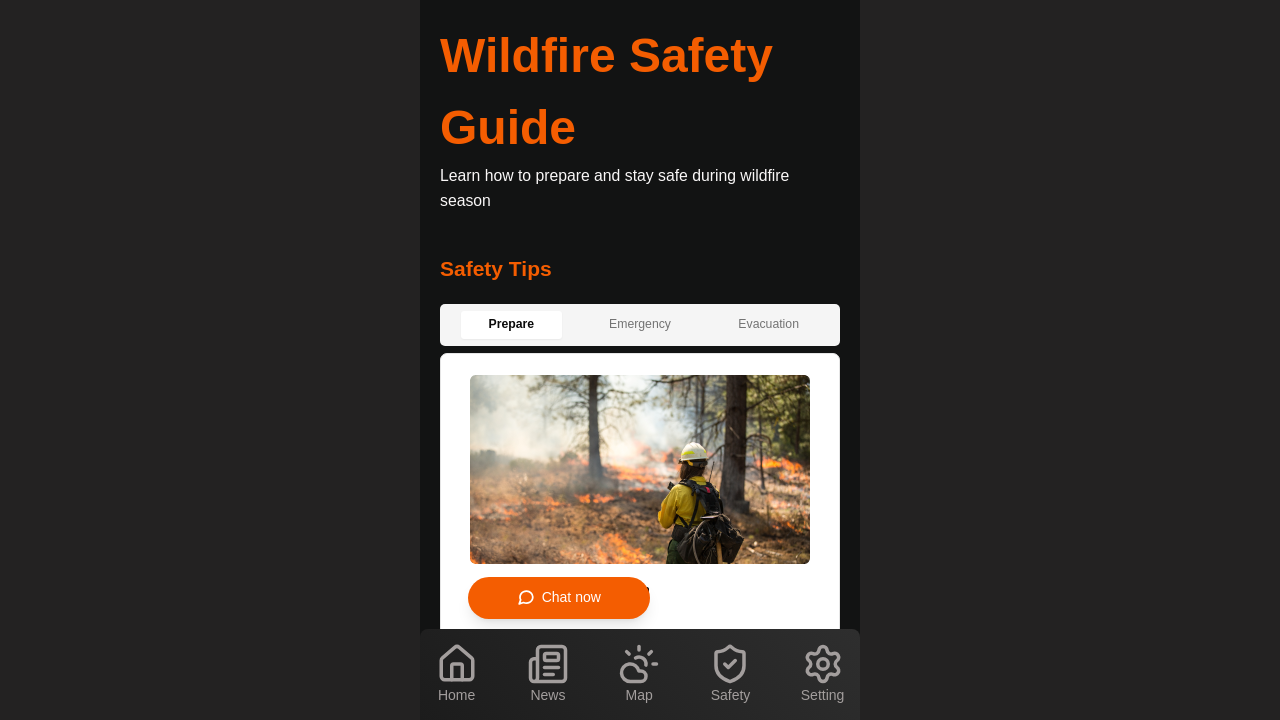
Repository: BCITKevin/Flare_IDSP
Page: /safety
The author's editor kept a copy of each file at every save. The page is drawn from the files as they stood at one save, then again after the next save.
The browser window is 1280 px wide. The pictures show the whole page.
An inner scrolling area shows only its first screen. Some web fonts or font styles are not loaded; a fallback is used. The project was rebuilt for these pictures with package versions that can differ from the ones it lists, and the page was loaded fresh each time. The framework's server and built-in components were replaced by stand-ins that run in the browser. Also part of the build but not shown: next.config.js, next.config.mjs.

Above is the page before, as saved 2024-11-30 07:07:51.

### src/app/layout.tsx
import type { Metadata } from "next";
import Script from 'next/script';
import "./globals.css";
import { BrowserRouter } from "react-router-dom";

export const metadata: Metadata = {
  title: "Flare",
  description: "Flare is disaster response platform.",
  manifest: "/manifest.json",
};

export default function RootLayout({
  children,
}: Readonly<{
  children: React.ReactNode;
}>) {
  return (
    <html lang="en">
        <head>
          <link rel="manifest" href="/manifest.json" />
          <link rel="icon" href="/favicon.ico" />
          <link rel="apple-touch-icon" href="/images/logo-192x192.png" />
          <link
            rel="stylesheet"
            href="https://cdnjs.cloudflare.com/ajax/libs/leaflet/1.9.4/leaflet.min.css"
            crossOrigin=""
          />
        </head>
        <body
          className={`antialiased`}
        >
          {children}
          <Script
            src="https://cdnjs.cloudflare.com/ajax/libs/leaflet/1.9.4/leaflet.min.js"
            strategy="beforeInteractive"
            crossOrigin=""
          />
        </body>
    </html>
  );
}

### src/app/safety/page.tsx
'use client';

import { Tabs, TabsContent, TabsList, TabsTrigger } from "@/components/ui/tabs";
import {
    Card,
    CardContent,
    // CardDescription,
    // CardFooter,
    CardHeader,
    // CardTitle,
} from "@/components/ui/card"
import styles from "./safety.module.css"
import { Backpack, Map, Flag } from "lucide-react";
import prepareHero from "../public/images/prepareHero.png"
import evacHero from "../public/images/EvacHero.png"
import emergencyHero from "../public/images/EmergencyHero.png"
import BottomNavBar from "@/components/BottomNavBar/BottomNavBar";
import React from "react";

import { useState } from "react";
import Image from "next/image";

type Message = {
    text: string;
    sender: string;
};

// Card can be reformatted into a reusable component

export default function Safety() {
    const [showChat, setShowChat] = useState(false);
    const [activeTab, setActiveTab] = useState('Prepare');
    const [prevMsg, setMsg] = useState<Message[]>([
        { text: "Hello! Is there anything about wildfires I could help you with today?", sender: 'bot' },
    ]);


    async function handleSubmit(e: React.FormEvent<HTMLFormElement>) {
        e.preventDefault()

        try {
            const message = (document.querySelector('#message') as HTMLInputElement)?.value;
            (document.querySelector('#message') as HTMLInputElement).value = '';

            console.log(message);
            setMsg((prevMsg) => [...prevMsg, { text: message, sender: 'user' }]);

            const res = await fetch('/api/safety', {
                method: 'POST',
                headers: {
                    'Content-Type': 'application/json',
                },
                body: JSON.stringify({ message }),
            });

            if (!res.ok) {
                console.error();
                throw new Error('OOPS, SOMETHIN WRONG WITH BOT');
            }
            const data = await res.json();

            const botResponse = data.chat.content || "Sorry, I can't process your request. Please try again";

            setMsg((prevMsg) => [...prevMsg, { text: botResponse, sender: 'bot' }]);

            console.log('from gpt: ', botResponse);
        }
        catch (err) {
            console.error(err);
        }
    }

    const prepareText = `
    <strong>Stay informed:</strong> It’s crucial to stay updated on emergency alerts and evacuation orders issued by local authorities. Regularly check with Flare and turn on notifications and stay updated with the news. These alerts provide critical information about wildfire locations, safe zones, and road closures.
    <br><br>
    <strong>Assemble an emergency kit:</strong> Include:
    <ul>
        <li>- First aid supplies, such as bandages, antiseptics, and pain relievers.</li>
        <li>- Enough non-perishable food and water to sustain your household for at least 3 days.</li>
        <li>- Flashlights with spare batteries, a multi-tool, a whistle for signaling, and a fire extinguisher.</li>
        <li>- Personal hygiene items, blankets, and clothing suitable for various weather conditions.</li>
    </ul>
    <br>
    <strong>Follow evacuation routes:</strong> Use the safest, predefined routes recommended by local authorities. Avoid unfamiliar roads that could be blocked or unsafe. Always have a physical map in case of GPS or mobile network failure.
    <br><br>
    <strong>Leave as early as possible:</strong> Don’t wait until the last moment to evacuate. Early action reduces risks and allows emergency responders to focus on critical areas. Traffic congestion and panic during last-minute evacuations can pose additional dangers.
    <br><br>
    <strong>Assist neighbors if possible:</strong> Check on those in your community who may need help, especially the elderly, people with disabilities, or families without transportation. Offer support by carpooling or sharing resources.
    <br><br>
    <strong>Keep your vehicle ready:</strong> Ensure your vehicle is in good condition with a full gas tank. Keep the keys easily accessible, park the car facing outward for a quick exit, and load essential items in advance to save time during an emergency.
    <br><br>
    <strong>Practice your evacuation plan:</strong> Conduct regular drills with your household to ensure everyone knows their roles and responsibilities. Familiarity with the process can reduce stress and confusion during an actual emergency.
    <br><br>
    <strong>Create a defensible space around your home:</strong> Clear dry leaves, branches, and other flammable materials at least 30 feet from your home. Trim tree branches to a height of at least 6 feet to prevent fire from climbing. Regularly maintain gutters and roofs by removing debris. Store firewood and other combustible items far from structures.
    <br><br>
    `;


    const emergencyText = `
    <strong>If you are in danger, contact emergency services immediately:</strong> Dial the emergency hotline 911 if your safety is compromised. Or  call 1 800 663-5555 toll-free or <strong>*5555</strong> on a cellphone to report a wildfire. Clearly state your location and the nature of the emergency to ensure responders can locate you quickly. Avoid using the line for non-critical updates to keep it free for those in immediate need.
    <br><br>
    <strong>Stay inside if safe:</strong> If evacuation is not possible, shelter in place in a safe room. Select an area with minimal windows and external doors, preferably one located at the center of your home or on the opposite side of the fire’s path. Keep the space stocked with basic necessities, including water, flashlights, and communication devices.
    <br><br>
    <strong>Block air entry:</strong> Use duct tape, wet towels, or other materials to seal gaps around doors and windows to prevent smoke infiltration. Shut off HVAC systems and close vents to further limit the entry of hazardous air.
    <br><br>
    <strong>Listen to official information:</strong> Stay tuned to updates from local authorities via radio, mobile apps, or reliable online sources. Avoid spreading or acting on unverified information that may cause unnecessary panic.
    <br><br>
    <strong>Use face coverings:</strong> If you need to go outside or smoke enters your shelter, use wet towels, bandanas, or certified N95 masks to filter harmful particles. This is especially important for individuals with respiratory issues, the elderly, and young children.
    <br><br>
    <strong>Stay hydrated:</strong> Drink plenty of water to combat dehydration caused by heat and smoke inhalation. Avoid alcohol or caffeinated drinks, which can exacerbate dehydration. If possible, keep oral rehydration salts or electrolyte drinks on hand.
    <br><br>
    <strong>Be prepared for power outages:</strong> Wildfires may disrupt electricity. Keep flashlights, extra batteries, and a manual crank radio available. Charge your devices in advance and consider using portable power banks.
    <br><br>
    <strong>Plan for communication:</strong> If mobile networks are down, use walkie-talkies or pre-established signals with neighbors and family to communicate effectively.
    <br><br>
    <strong>Protect pets and livestock:</strong> Keep your pets in a secure area with food and water. If possible, move livestock to open areas far from fire hazards.
    <br><br>
    <strong>Monitor air quality:</strong> Use air purifiers indoors if available and check air quality levels through official channels to minimize smoke-related health risks.
    `;


    const evacuationText = `
    <strong>Develop a family emergency plan:</strong> Create a detailed emergency plan that includes designated meeting spots, multiple communication strategies, and escape routes for different scenarios. Assign responsibilities to each family member and rehearse the plan frequently to ensure everyone is prepared.
    <br><br>
    <strong>Prepare to leave immediately:</strong>
    - Ensure you have gathered all essential items ahead of time to avoid delays. These include:
    <br><br>
    <ul>
        <li>- <strong>Medications</strong>, including prescription drugs and a basic first aid kit for minor injuries.</li>
        <li>- <strong>Important documents</strong>, such as government-issued IDs, insurance papers, property deeds, and emergency contact information.</li>
        <li>- Your <strong>emergency kit</strong> as outlined in the prepare section</li>
        <li>- Personal items like clothing, toiletries, and any essential supplies for infants, pets, or elderly family members.</li>
    </ul>
    <br>
    <strong>Keep important documents ready:</strong> Store essential documents like birth certificates, passports, medical records, and insurance policies in a waterproof, fireproof safe. Back up digital copies to cloud storage or an external hard drive.
    <br><br>
    <strong>Know your local risk level:</strong> Familiarize yourself with wildfire risks in your area by consulting local government websites and fire risk maps. Participate in community evacuation drills to understand the best practices and routes in case of an emergency.
    <br><br>
    <strong>Sign up for emergency alerts:</strong> Subscribe to wildfire and weather warning systems offered by local authorities.
    <br><br>
    <strong>Invest in fire-resistant building materials:</strong> Upgrade your home with fire-resistant roofing, siding, and windows. Install ember-resistant vents to prevent sparks from entering your home.
    <br><br>
    <strong>Prepare your vehicle:</strong> Keep your car in good working condition, with a full gas tank and an emergency kit inside. Include maps, a spare tire, tools, and extra supplies to ensure mobility during an evacuation.
    <br><br>
    <strong>Coordinate with your neighbors:</strong> Work together with your community to create a wildfire response plan. Share resources, such as tools and safety tips, to enhance collective preparedness.
    <br><br>
    <strong>Learn fire suppression techniques:</strong> Take basic training on how to use a fire extinguisher and other suppression tools effectively. Know when to evacuate instead of attempting to combat the fire yourself.
    <br><br>
    <strong>Advocate for local safety measures:</strong> Encourage local governments to implement wildfire prevention strategies, such as controlled burns, community fuel breaks, and infrastructure upgrades.
    `;




    return (
        <body className="min-h-screen overflow-y-auto">
            <div className="safetyLayout h-full overflow-y-auto mb-44">
                <div className={`mb-12 ${styles.safetyHeading}`}>
                    <h1>
                        Wildfire Safety Guide
                    </h1>
                    <h3 className={`${styles.whiteText} text-lg `}>
                        Learn how to prepare and stay safe during wildfire season
                    </h3>
                </div>
                {/* <Card className="p-5 mt-3 transition-all duration-300 hover:shadow-lg border-l-4 border-l-orange-500">
                    <CardHeader className="p-0 mb-3">
                        <div className="flex items-center gap-2">
                            <strong className={`${styles.articleBody} text-lg`}>
                                Based on your Location and Recent Weather
                            </strong>
                        </div>
                    </CardHeader>
                    <CardContent className="p-0">
                        <div className="flex flex-col gap-2">
                            <p className={`${styles.articleBody} leading-relaxed`}>
                                Consider bringing:
                            </p>
                            <ul className="list-disc ml-5 space-y-1">
                                <li className={styles.articleBody}>Extra water (1 gallon per person)</li>
                                <li className={styles.articleBody}>Cooling towels</li>
                                <li className={styles.articleBody}>Sun protection (hat, sunscreen)</li>
                            </ul>
                        </div>
                    </CardContent>
                </Card> */}
                <div className={`${styles.safetyHeading} mb-6 mt-6`}>
                    <h3 className="text-2xl font-bold">
                        Safety Tips
                    </h3>
                </div>
                <div className="mt-2">
                <Tabs defaultValue="Prepare" className="w-full flex flex-col" onValueChange={setActiveTab}>
                        <TabsList className="space-x-8 p-6">
                            <TabsTrigger value="Prepare" className={`w-full ${activeTab === 'Prepare' ? styles.activeTab : ''}`}>Prepare</TabsTrigger>
                            <TabsTrigger value="Emergency" className={`w-full ${activeTab === 'Emergency' ? styles.activeTab : ''}`}>Emergency</TabsTrigger>
                            <TabsTrigger value="Evacuation" className={`w-full ${activeTab === 'Evacuation' ? styles.activeTab : ''}`}>Evacuation</TabsTrigger>
                        </TabsList>
                        <TabsContent value="Prepare">
                            <Card className={`${styles.card} p-6 flex flex-col items-center mb-24`}>
                                <Image src={prepareHero} width={340} height={189} alt="a rescue worker looking towards a wildfire" />
                                <Flag color="black" className="m-6" />
                                <p dangerouslySetInnerHTML={{ __html: prepareText }} className={styles.articleBody} />
                            </Card>
                        </TabsContent>
                        <TabsContent value="Emergency">
                            <Card className={`${styles.card} p-6 flex flex-col items-center mb-24`}>
                                <Image src={emergencyHero} width={340} height={189} alt="a rescue worker looking towards a wildfire" />
                                <Backpack color="black" className="m-6" />
                                <p dangerouslySetInnerHTML={{ __html: emergencyText }} className={styles.articleBody} />
                            </Card>
                        </TabsContent>
                        <TabsContent value="Evacuation">
                            <Card className={`${styles.card} p-6 flex flex-col items-center mb-24`}>
                                <Image src={evacHero} width={340} height={189} alt="a rescue worker looking towards a wildfire" />
                                <Map color="black" className="m-6" />
                                <p dangerouslySetInnerHTML={{ __html: evacuationText }} className={styles.articleBody} />
                            </Card>
                        </TabsContent>
                    </Tabs>
                </div>
                {showChat ? (
                    <>
                        <div className="justify-center items-center flex overflow-x-hidden overflow-y-auto fixed inset-0 z-50 outline-none focus:outline-none">
                            <div className="relative w-full h-full mx-auto max-w-3xl px-4 pt-6 pb-24">
                                <div className="border-0 rounded-lg shadow-lg relative flex flex-col w-full h-full bg-white outline-none focus:outline-none">
                                    {/* Header */}
                                    <div className="flex items-center justify-between p-4 border-b border-solid border-gray-200">
                                        <h3 className="text-lg font-semibold text-gray-900">Flare Assistant</h3>
                                        <button
                                            className="p-1 ml-auto border-0 text-black float-right text-3xl leading-none font-semibold"
                                            onClick={() => setShowChat(false)}
                                        >
                                            ×
                                        </button>
                                    </div>

                                    {/* Chat Messages */}
                                    <div className="relative p-4 flex-auto overflow-y-auto">
                                        {prevMsg.map((msg, i) => (
                                            <div key={i} className={`flex ${msg.sender === 'user' ? 'justify-end' : 'justify-start'} mb-4`}>
                                                <div className={`rounded-lg px-4 py-2 max-w-[80%] ${
                                                    msg.sender === 'user'
                                                    ? 'bg-[var(--orange)] text-white'
                                                    : 'bg-gray-100 text-gray-800'
                                                }`}>
                                                    {msg.text}
                                                </div>
                                            </div>
                                        ))}
                                    </div>

                                    {/* Input Form */}
                                    <div className="border-t border-solid border-gray-200 p-4">
                                        <form onSubmit={handleSubmit} className="flex gap-2">
                                            <input
                                                type="text"
                                                id="message"
                                                placeholder="Type your message..."
                                                className="flex-grow px-4 py-2 border border-gray-300 rounded-full focus:outline-none focus:border-[var(--orange)]"
                                            />
                                            <button
                                                type="submit"
                                                className="bg-[var(--orange)] text-white rounded-full px-6 py-2"
                                            >
                                                Send
                                            </button>
                                        </form>
                                    </div>
                                </div>
                            </div>
                        </div>
                        <div className="opacity-25 fixed inset-0 z-40 bg-black"></div>
                    </>
                ) : null}
                <div className="flex flex-col fixed bottom-24 rounded-md px-6 py-3 m-2 items-center gap-4 transition-all duration-300">
                    {/* <div>
                        <span className="flex justify-center text-white ">Flare Assistant</span>
                        <p className="text-white text-base">Ask us about how you can stay safe</p>
                    </div> */}
                    <button
                        className="flex justify-center bg-[var(--orange)] text-white rounded-full shadow-lg transition-all duration-300 flex items-center gap-2 px-4 py-2 w-3/4 hover:border-2 hover:border-white box-border w-52 h-12"
                        onClick={() => setShowChat(true)}
                    >
                        <img src="/icons/message-circle.svg" alt="chatbot icon" className="w-5 h-5 filter invert brightness-0" />
                        <span>Chat now</span>
                    </button>
                </div>
            </div>
            <BottomNavBar />
        </body>
    )
}

### src/components/ui/card.tsx
import * as React from "react"

import { cn } from "@/lib/utils"

const Card = React.forwardRef<
  HTMLDivElement,
  React.HTMLAttributes<HTMLDivElement>
>(({ className, ...props }, ref) => (
  <div
    ref={ref}
    className={cn(
      "rounded-lg border border-neutral-200 bg-white text-neutral-950 shadow-sm dark:border-neutral-800 dark:bg-neutral-950 dark:text-neutral-50",
      className
    )}
    {...props}
  />
))
Card.displayName = "Card"

const CardHeader = React.forwardRef<
  HTMLDivElement,
  React.HTMLAttributes<HTMLDivElement>
>(({ className, ...props }, ref) => (
  <div
    ref={ref}
    className={cn("flex flex-col space-y-1.5", className)}
    {...props}
  />
))
CardHeader.displayName = "CardHeader"

const CardTitle = React.forwardRef<
  HTMLParagraphElement,
  React.HTMLAttributes<HTMLHeadingElement>
>(({ className, ...props }, ref) => (
  <h3
    ref={ref}
    className={cn(
      "text-2xl font-semibold leading-none tracking-tight",
      className
    )}
    {...props}
  />
))
CardTitle.displayName = "CardTitle"

const CardDescription = React.forwardRef<
  HTMLParagraphElement,
  React.HTMLAttributes<HTMLParagraphElement>
>(({ className, ...props }, ref) => (
  <p
    ref={ref}
    className={cn("text-sm text-neutral-500 dark:text-neutral-400", className)}
    {...props}
  />
))
CardDescription.displayName = "CardDescription"

const CardContent = React.forwardRef<
  HTMLDivElement,
  React.HTMLAttributes<HTMLDivElement>
>(({ className, ...props }, ref) => (
  <div ref={ref} className={cn("pt-6", className)} {...props} />
))
CardContent.displayName = "CardContent"

const CardFooter = React.forwardRef<
  HTMLDivElement,
  React.HTMLAttributes<HTMLDivElement>
>(({ className, ...props }, ref) => (
  <div
    ref={ref}
    className={cn("flex items-center pt-6", className)}
    {...props}
  />
))
CardFooter.displayName = "CardFooter"

export { Card, CardHeader, CardFooter, CardTitle, CardDescription, CardContent }

### src/app/safety/safety.module.css

.safetyHeading {
    color: var(--orange);
}

.articleBody {
    color: var(--black);
}

.articleBody *{
    color: var(--black);
}

.whiteText {
    color: var(--white);
}

.activeTab {
    box-shadow: 0 4px 6px rgba(0,0,0, 0.3);
    font-weight: bold;
    transition: ease-in-out 0.2s;
}

@media only screen and (max-width: 600px) {
    .appLayout {
      overflow-y: scroll;
      padding-bottom: 8rem;
  }
}

### src/components/BottomNavBar/BottomNavBar.module.css
.navContainer {
  position: fixed;
  bottom: 0;
  width: 440px;

  display: flex;
  align-items: flex-end;
  gap: 18px;
  justify-content: space-around;

  color: var(--l-grey);
  border-radius: 8px 8px 0 0;
  background: linear-gradient(45deg, #1c1c1c 0.25%, #2e2e2e 99.75%);
}

.navIcon {
  display: flex;
  flex-direction: column;
  align-items: center;
  transition: color 0.3s, transform 0.3s, background-color 0.3s;
  padding: 1rem 12px;
  border-radius: 8px;
}

.navIcon:hover {
  color: #000000;
  transform: translateY(-2px);

  background-color: var(--white);
}

.active {
  color: grey; /* 활성화 시 색상 */
  transform: scale(1.1);
  background-color: #2b2b2b;
}

Loaded but not shown: src/lib/utils.ts (common file); src/app/globals.css (310 lines, source omitted); src/components/BottomNavBar/BottomNavBar.jsx (106 lines, source omitted); tailwind.config.ts (96 lines, source omitted); src/components/ui/tabs.tsx (55 lines, source omitted)

After the next save:
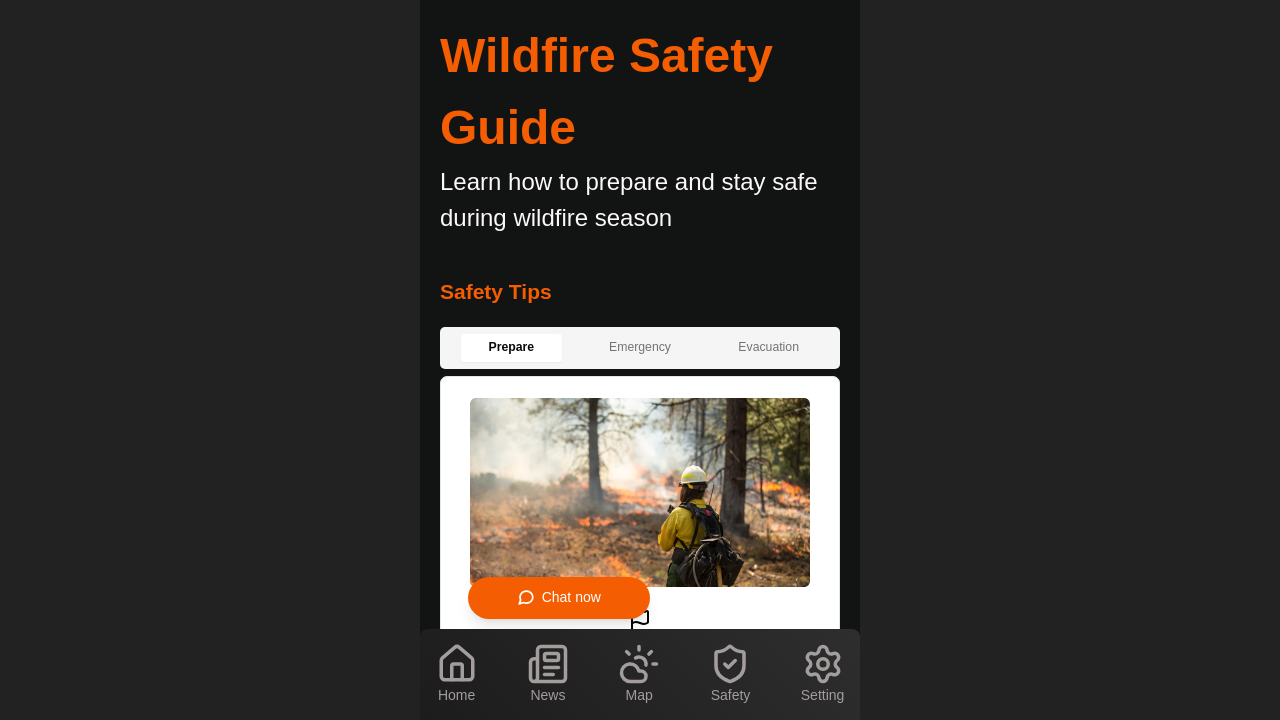
Saved 13 s later.
--- a/src/app/safety/page.tsx
+++ b/src/app/safety/page.tsx
@@ -159,7 +159,7 @@ export default function Safety() {
                     <h1>
                         Wildfire Safety Guide
                     </h1>
-                    <h3 className={`${styles.whiteText} text-lg `}>
+                    <h3 className={styles.whiteText}>
                         Learn how to prepare and stay safe during wildfire season
                     </h3>
                 </div>
